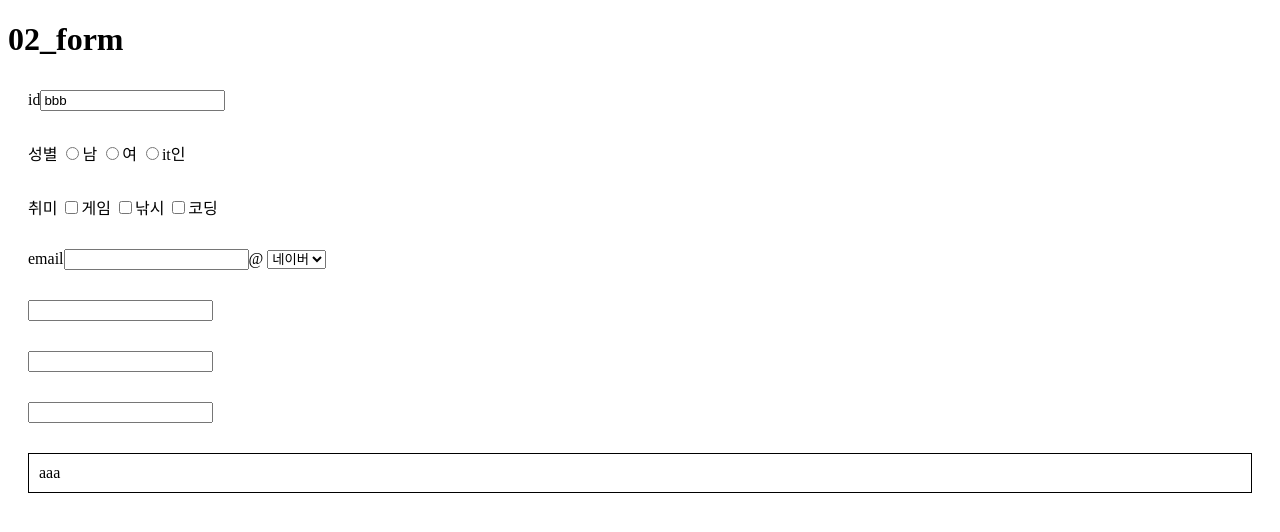
Repository: psun2/Korea-IT-Academy
Page: (back up) _ 오전/study_a/web_work/scriptProj/WebContent/dom/02_form.html
The author's editor kept a copy of each file at every save. The page is drawn from the files as they stood at one save, then again after the next save.
The browser window is 1280 px wide. The pictures show the whole page.

Above is the page before, as saved 2020-08-05 04:16:54.

After the next save:
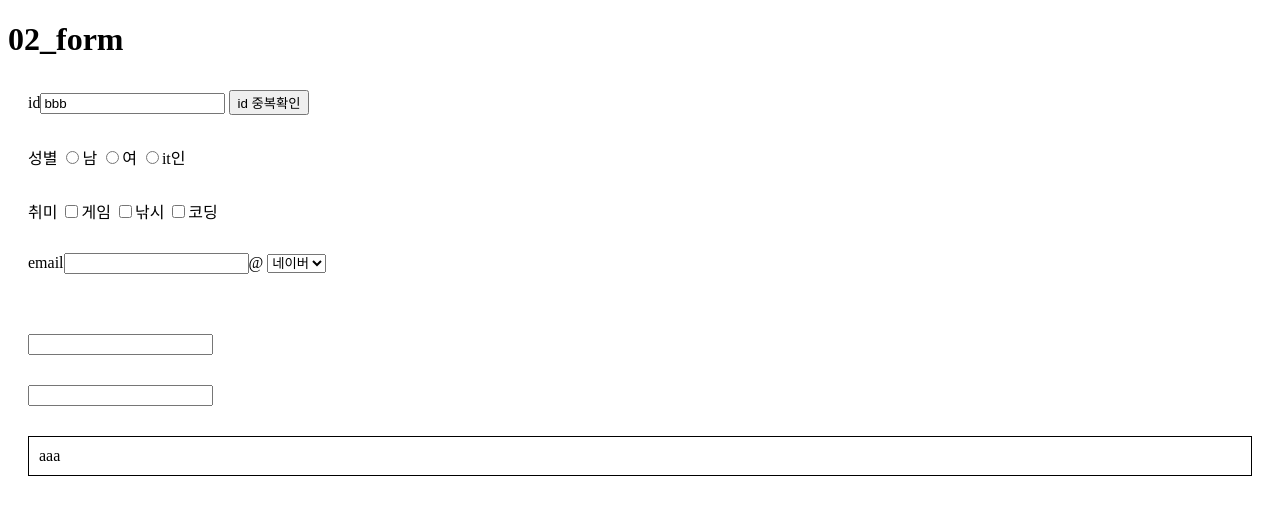
Saved 2 min 34 s later.
--- a/(back up) _ 오전/study_a/web_work/scriptProj/WebContent/dom/02_form.html
+++ b/(back up) _ 오전/study_a/web_work/scriptProj/WebContent/dom/02_form.html
@@ -76,7 +76,9 @@ window.onload = function(){
 <h1 name="hh">02_form</h1>
 <form action="" name="frm">
 	<label for="">id<input type="text" name="id" value="aaa"
-	onfocus="ffGo(this)" onblur="ffOut(this)" /></label>
+	onfocus="ffGo(this)" onblur="ffOut(this)" />
+	<input type="button" value="id 중복확인" />
+	</label>
 	<label for="">성별
 		<input type="radio" name="gender" value="m" onclick="genClk(this)"/>남
 		<input type="radio" name="gender" value="f" onclick="genClk(this)"/>여
@@ -97,7 +99,7 @@ window.onload = function(){
 
 		</select>
 	</label>
-	<label for=""><input type="text" name="" /></label>
+	<label for=""></label>
 	<label for=""><input type="text" name="" /></label>
 	<label for=""><input type="text" name="" /></label>
 </form>
